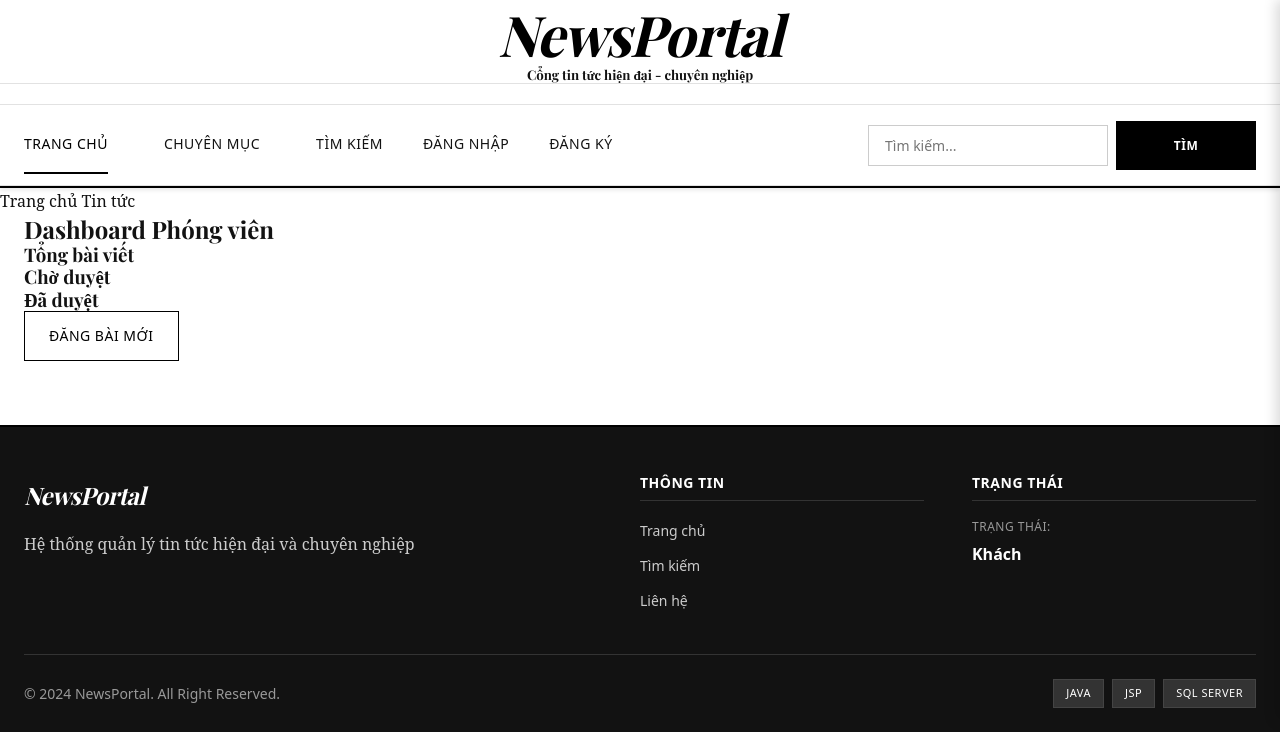
Repository: minhtvpy00202-git/Assignment_PY00202_MinhTV
Page: http://localhost/NewsPortal_PY00202/WEB-INF/views/reporter/dashboard.jsp
An editor plug-in stored every save of this project. The page is shown before and after the next save, followed by the edit.
The browser window is 1280 px wide. The pictures show the whole page.
Some web fonts or font styles are not loaded; a fallback is used. The page is served by Tomcat 10. Nobody is signed in. The template is opened directly, without the code that normally fills it, so the values that code supplies are empty.

Above is the page before, as saved 2025-10-09 15:28:54.

After the next save:
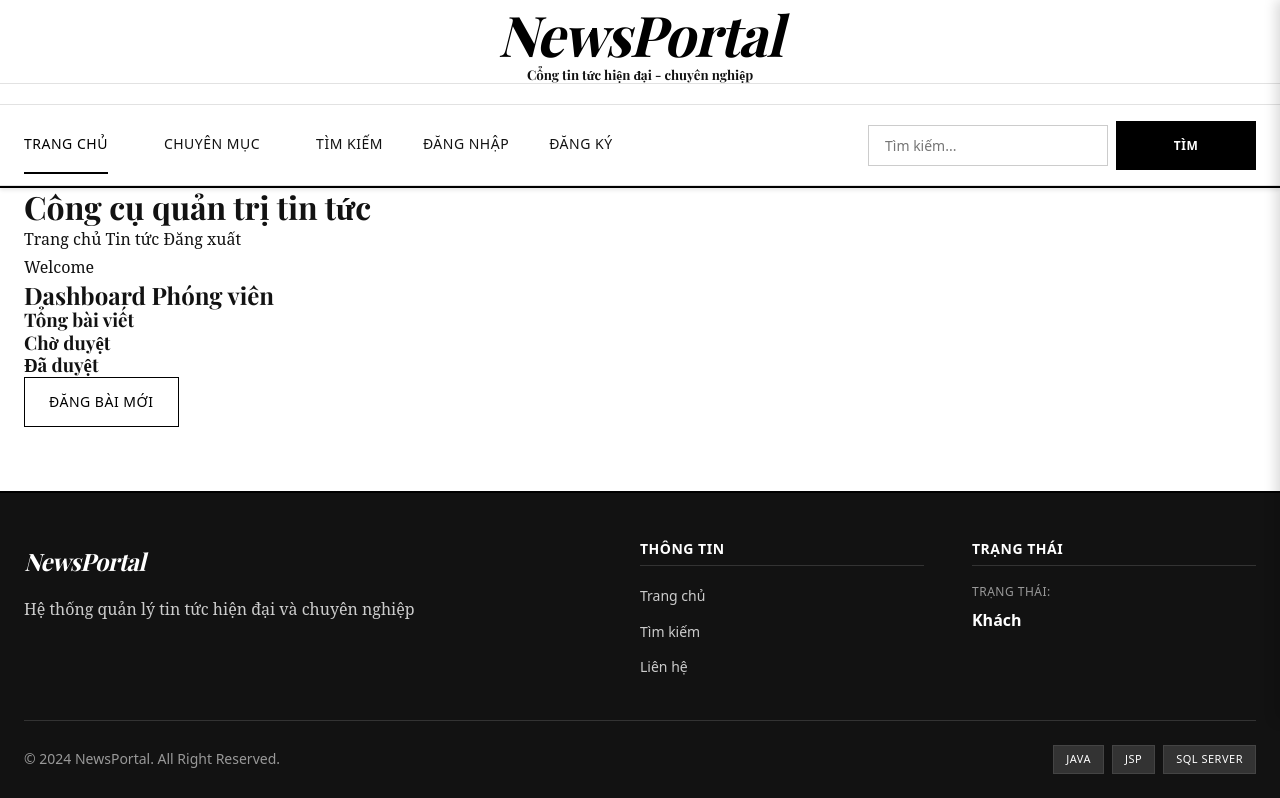
Saved 11 s later.
--- a/Assignment_NewsPortal/NewsPortal_PY00202/src/main/webapp/WEB-INF/views/reporter/dashboard.jsp
+++ b/Assignment_NewsPortal/NewsPortal_PY00202/src/main/webapp/WEB-INF/views/reporter/dashboard.jsp
@@ -1,7 +1,8 @@
 <%@ page contentType="text/html; charset=UTF-8" pageEncoding="UTF-8"%>
 <%@ taglib prefix="c" uri="jakarta.tags.core" %>
 <%@ include file="../layout/header.jsp" %>
-<jsp:include page="../layout/admin-sidebar.jsp"/>
+<jsp:include page="../layout/reporter-sidebar.jsp"/>
+
 
 <main class="container">
   <section class="content">
